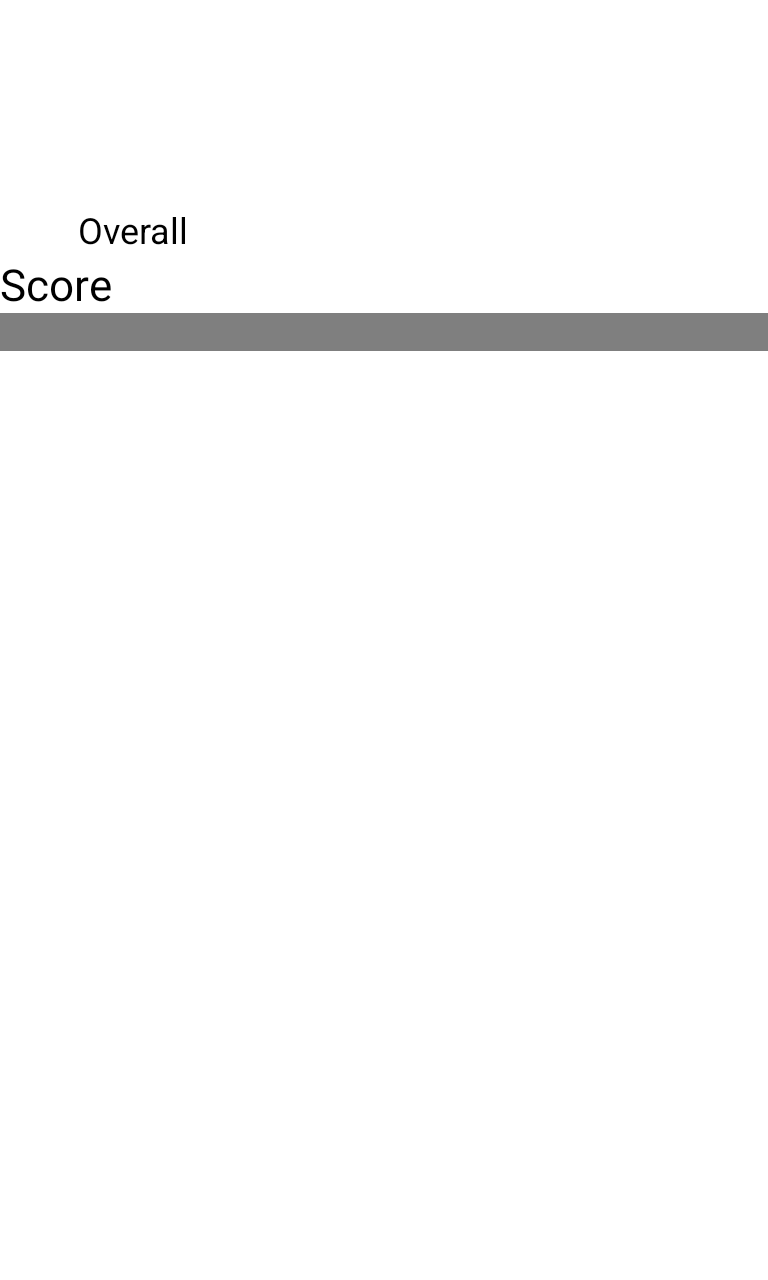
Repository: colincove/CreativeCritic
Layout: workspace/CreativeCritic/res/layout/activity_category_screen.xml
The author's editor kept a copy of each file at every save. The layout is drawn from the files as they stood at one save, then again after the next save.
Pictures or frames that could not be fetched are drawn as grey boxes. It is drawn on a 768 x 1280 px phone screen (xhdpi) without system bars, with theme AppTheme; the app's code is not run.

Above is the layout before, as saved 2013-11-28 08:16:18.

### workspace/CreativeCritic/res/layout/activity_category_screen.xml
<LinearLayout xmlns:android="http://schemas.android.com/apk/res/android"
    xmlns:tools="http://schemas.android.com/tools"
    android:id="@+id/container"
    android:layout_width="match_parent"
    android:layout_height="match_parent"
    tools:context=".CategoryScreen"
    tools:ignore="MergeRootFrame"
    android:orientation="vertical" >
 <HorizontalScrollView
            android:layout_width="match_parent"
            android:layout_height="wrap_content">
    <LinearLayout android:orientation="horizontal"
        android:id="@id/category_image_view"
        android:layout_height="match_parent"
        android:layout_width="wrap_content"
        >
    </LinearLayout>
</HorizontalScrollView >
        <TextView
            android:id="@+id/categoryTitleTextView"
            android:layout_width="wrap_content"
            android:layout_height="wrap_content"
            android:layout_marginTop="@dimen/header_text"
            android:text=""
            android:textAppearance="?android:attr/textAppearanceLarge" />

        <TextView
            android:id="@+id/generalScoreTextView"
            android:layout_width="wrap_content"
            android:layout_height="wrap_content"
            android:layout_alignParentLeft="true"
            android:layout_marginLeft="39dp"
            android:layout_marginTop="43dp"
            android:text="Overall"
            android:textAppearance="?android:attr/textAppearanceMedium" />

        <TextView
            android:id="@+id/scoreNumberTextView"
            android:layout_width="wrap_content"
            android:layout_height="wrap_content"
            android:text="Score"
            android:textAppearance="?android:attr/textAppearanceLarge" />

        <fragment android:name = "com.example.creativecritic.MyListFragment"
            android:id = "@id/list_fragment"
            android:layout_width="fill_parent"
            android:layout_height="wrap_content"
            >
            </fragment>


</LinearLayout>

### workspace/CreativeCritic/res/values/list.xml
<?xml version="1.0" encoding="utf-8"?>
<resources>
    <dimen name="standard_list_item_hight">120dp</dimen>
    <dimen name="large_text">50sp</dimen>
    <dimen name="large_text_width">200dp</dimen>
    <dimen name="standard_padding">20dp</dimen>


    <color name="odd_background">#ffededed</color>
     <color name="even_background">#ffe0e0e0</color>

     <item type="id" name="item_background" />
     <item type="id" name="score" />
     <item type="id" name="body_text"/>
</resources>

Loaded but not shown: workspace/CreativeCritic/res/values/styles.xml (common file); workspace/CreativeCritic/res/values-v11/styles.xml (common file); workspace/CreativeCritic/res/values-v14/styles.xml (common file); workspace/CreativeCritic/res/values/dimens.xml (common file)

After the next save:
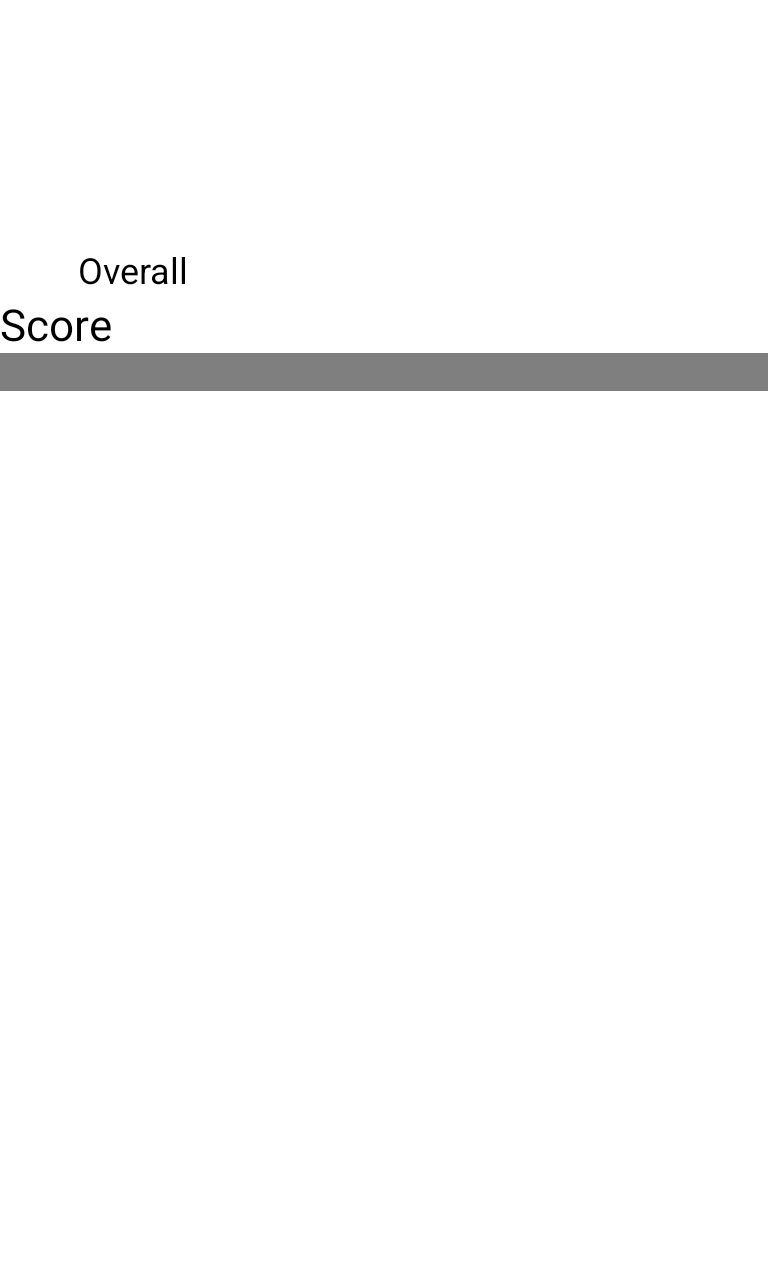
Saved 5 s later.
--- a/workspace/CreativeCritic/res/layout/activity_category_screen.xml
+++ b/workspace/CreativeCritic/res/layout/activity_category_screen.xml
@@ -20,7 +20,7 @@
             android:id="@+id/categoryTitleTextView"
             android:layout_width="wrap_content"
             android:layout_height="wrap_content"
-            android:layout_marginTop="@dimen/header_text"
+            android:layout_marginTop="@dimen/large_text"
             android:text=""
             android:textAppearance="?android:attr/textAppearanceLarge" />
 
